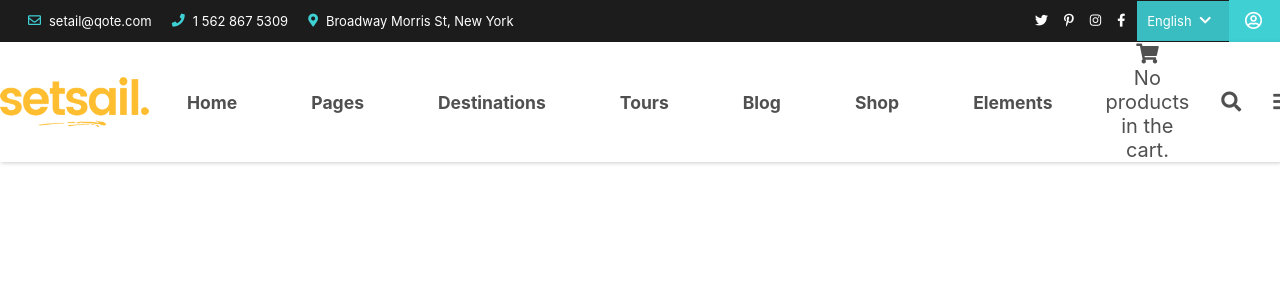
Repository: Hunga9k50doker/Setail
Page: /
The author's editor kept a copy of each file at every save. The page is drawn from the files as they stood at one save, then again after a run of saves.
The browser window is 1280 px wide. The pictures show the whole page.
The project was rebuilt for these pictures with package versions that can differ from the ones it lists, and the page was loaded fresh each time.

Above is the page before, as saved 2021-10-21 11:36:22.

After the next 5 saves:
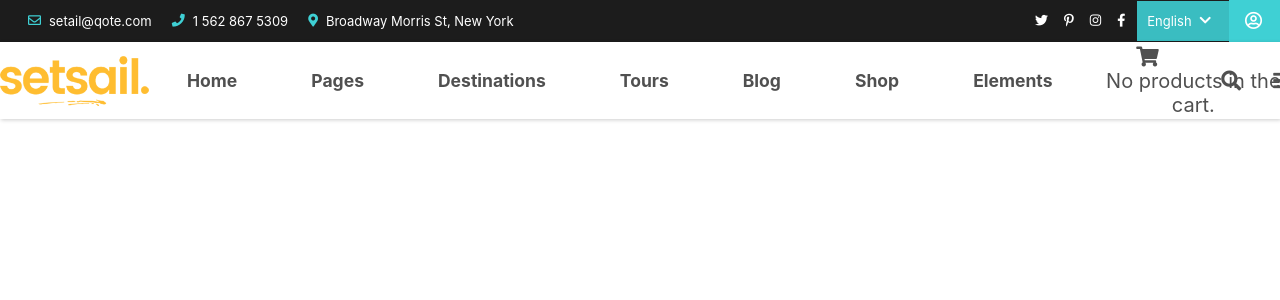
The 5 saves are shown as one change because 1 did not build or start and some came seconds apart.
The last was saved 25 s later.
--- a/src/components/Navigation/Nav.scss
+++ b/src/components/Navigation/Nav.scss
@@ -215,7 +215,7 @@
       &-cart{
 
         .cart-category{
-
+          width: calc(150% + 50px);
         }
       }
       &:hover {
